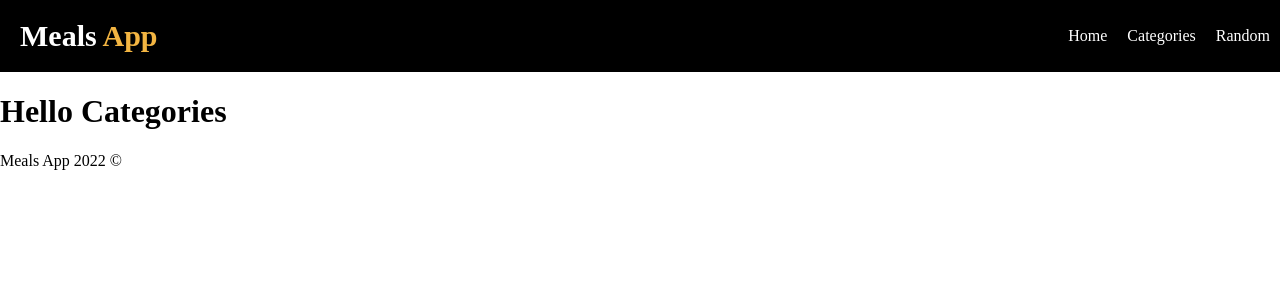
Repository: Shahriddinov/Meals
Page: /categories
An editor plug-in stored every save of this project. The page is shown before and after the next save, followed by the edit.
The browser window is 1280 px wide. The pictures show the whole page.
The project was rebuilt for these pictures with package versions that can differ from the ones it lists, and the page was loaded fresh each time. Also part of the build but not shown: src/components/HomePage/HomePage.js, src/components/RandomMeal/RandomMeal.js.

Above is the page before, as saved 2022-03-21 16:45:42.

### src/index.js
import React from 'react';
import ReactDOM from 'react-dom';
import { BrowserRouter } from 'react-router-dom';
import App from './App';
import { AppContext } from './components/context/context';

ReactDOM.render(
  <React.StrictMode>
    <BrowserRouter>
    <AppContext>
      <App />
    </AppContext>
    </BrowserRouter>

  </React.StrictMode>,
  document.getElementById('root')
);

### src/App.js
import React from 'react';
import { Footer } from './components/Footer/Footer';
import Navbar from './components/Navbar/Navbar';
import HomePage from './components/HomePage/HomePage'
import Categories from './components/Categories/Categories'
import RandomMeal from './components/RandomMeal/RandomMeal'
import {BrowserRouter,  Routes, Route} from 'react-router-dom'

function App(props) {
    return (
        <div>
         <Navbar />

         <Routes>
          <Route  path="/" element={<HomePage/>} />
          <Route  path="/categories" element={<Categories/>}/>
          <Route  path="/random" element={<RandomMeal/>} />
          </Routes>
          <Footer/>
        </div>
    );
}

export default App;

### src/components/context/context.js
import React, {createContext} from 'react'

const myContext = createContext();

export const AppContext  = ({children}) =>{
  return <myContext.Provider>{children}</myContext.Provider>

}

### src/components/Footer/Footer.js
import React from 'react'

export const Footer = () => {
  return (
    <div className="footer">
       <p>Meals <span>App</span> 2022 &copy;</p>
    </div>
  )
}

### src/components/Navbar/Navbar.js
import React from 'react'
import {Link} from 'react-router-dom'
import "./Navbar.scss"
const Navbar = () => {
  return (
    <div className="navbar">
      <div className="navbar-heading">
          <h1>Meals <span>App</span></h1>
      </div>
      <div className="navbar-links">
          <ul>
           <Link to="/">
             {""}
             <li>Home</li>
             </Link>
           <Link to="/categories">
             {""}
             <li>Categories</li>
             </Link>
           <Link to="/random">
             {""}
             <li>Random</li>
             </Link>
          </ul>
      </div>
    </div>
  )
}

export default Navbar

### src/components/Categories/Categories.js
import React from 'react'

function Categories() {
  return (
    <div>
       <h1>Hello Categories</h1>
    </div>
  )
}

export default Categories

### src/components/Navbar/Navbar.scss
body {
  padding: 0;
  margin: 0;
  box-sizing: border-box;
}

.navbar {
  width: 100%;
  height: 10vh;
  background: #000000;
  color: #fff;
  display: flex;
  align-items: center;
  justify-content: space-between;
  flex-direction: row;
  &-heading {
    h1 {
      margin-left: 20px;
      font-size: 30px;
      span {
        color: #f3b542;
      }
    }
  }
  &-links {
    ul {
      display: flex;
      list-style: none;
    }
    a {
      color: #ffff;
      text-decoration: none;
      margin: 0px 10px;
    }
  }
}

Loaded but not shown: public/index.html (common file)

After the next save:
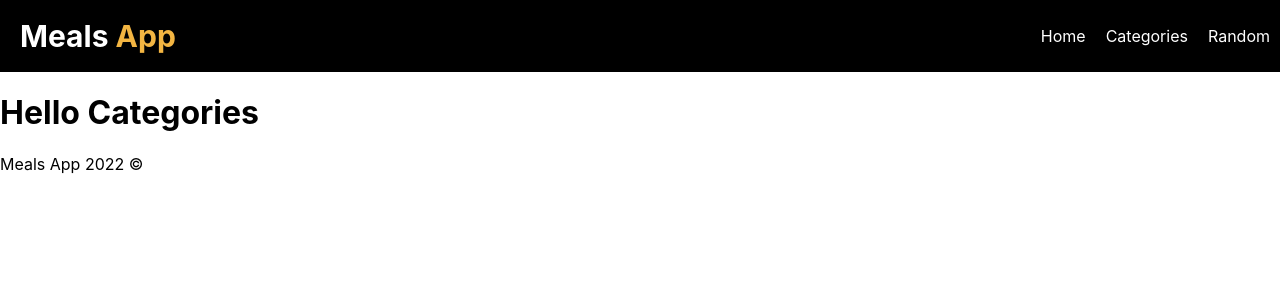
Saved 75 s later.
--- a/src/components/Navbar/Navbar.scss
+++ b/src/components/Navbar/Navbar.scss
@@ -2,6 +2,8 @@ body {
   padding: 0;
   margin: 0;
   box-sizing: border-box;
+  font-family: -apple-system, BlinkMacSystemFont, "Segoe UI", Roboto, Oxygen,
+    Ubuntu, Cantarell, "Open Sans", "Helvetica Neue", sans-serif;
 }
 
 .navbar {
